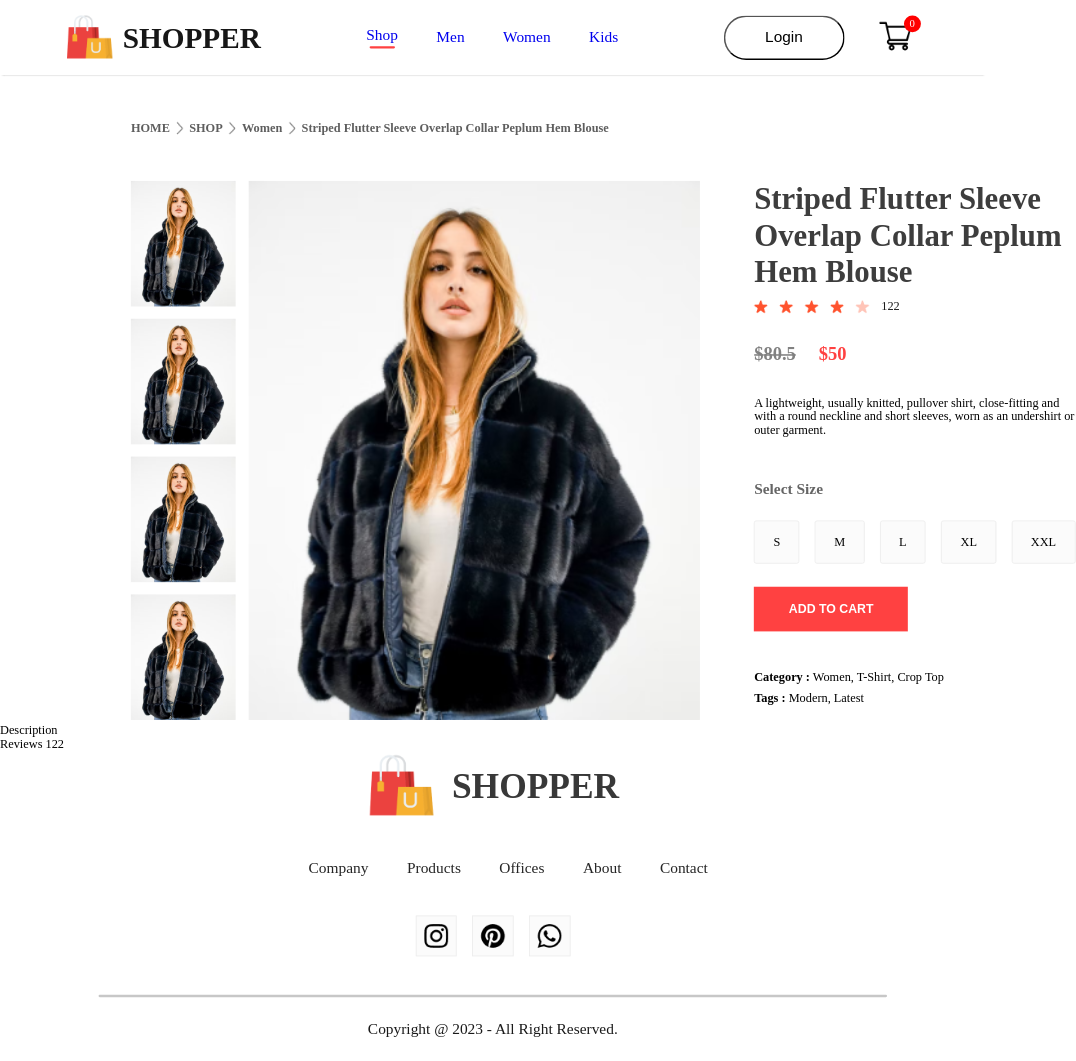
Repository: Nandhini653/SHOPPER-ECOM
Page: /product/1
These files come from the project's save history. The page is drawn as it stood at one moment and after the next save; the edit follows.
The browser window is 1280 px wide. The page is 1397 px wide, so the pictures cover 1397 px, including what lies to the right of the window. The pictures show the whole page, at 77% of full size.
The project was rebuilt for these pictures with package versions that can differ from the ones it lists, and the page was loaded fresh each time. Also part of the build but not shown: src/App.css, src/Pages/CSS/ShopCategory.css, src/Components/Item/Item.css, src/Components/Item/Item.jsx, src/Pages/ShopCategory.jsx, src/Pages/Cart.jsx, src/Pages/CSS/LoginSignup.css, src/Pages/LoginSignup.jsx and 14 more.

Above is the page before, as saved 2024-06-24 17:38:07.

### src/index.css
* {
  margin: 0;
}

body {
  margin: 0;
  font-family: -apple-system, BlinkMacSystemFont, 'Segoe UI', 'Roboto', 'Oxygen',
    'Ubuntu', 'Cantarell', 'Fira Sans', 'Droid Sans', 'Helvetica Neue',
    sans-serif;
  -webkit-font-smoothing: antialiased;
  -moz-osx-font-smoothing: grayscale;
  font-family: 'poppins';
}

code {
  font-family: source-code-pro, Menlo, Monaco, Consolas, 'Courier New',
    monospace;
}

### src/App.js

import './App.css';
import Navbar from './Components/Navbar/Navbar';
import ShopCategory from './Pages/ShopCategory';
import Cart from './Pages/Cart';
import LoginSignup from './Pages/LoginSignup';
import Product from './Pages/Product';
import Shop from './Pages/Shop';
import Footer from './Components/Footer/Footer';
import men_banner from './Components/Assests/banner_mens.png'
import women_banner from './Components/Assests/banner_women.png'
import kid_banner from './Components/Assests/banner_kids.png'

import { BrowserRouter,Routes,Route } from 'react-router-dom';

function App() {
  return (
    <div>
      <BrowserRouter>
      <Navbar/>
      <Routes>
        <Route path = '/' element={<Shop/>}/>
        <Route path = '/mens' element={<ShopCategory  banner={men_banner}category="men"/>}/>
        <Route path = '/womens' element={<ShopCategory banner={women_banner} category="women"/>}/>
        <Route path = '/kids' element={<ShopCategory  banner= {kid_banner} category="kids"/>}/>
        <Route path= '/product' element={<Product/>}/>
        <Route path='/product/:productId' element={<Product />} />
        <Route path='/cart' element={<Cart/>}/>
        <Route path='/login' element={<LoginSignup/>}/>
      </Routes>
      <Footer/>
      </BrowserRouter>

    </div>
  );
}

export default App;

### src/Context/ShopContext.jsx
 import React , { createContext, useContext } from "react";
 import all_product from '../Components/Assests/all_product';

export const ShopContext = createContext(null);

const ShopContextProvider = (props) => {

    const contextValue = {all_product};

    return (
        <ShopContext.Provider value ={contextValue}>
            {props.children}
        </ShopContext.Provider>
    )
}
export default ShopContextProvider;

### src/Components/Navbar/Navbar.jsx
import React, { useState } from 'react'
import './Navbar.css'
import logo from '../Assests/logo.png'
import cart_icon from '../Assests/cart_icon.png'
import { Link } from 'react-router-dom'


const Navbar = () => {

    const [menu, setMenu] = useState("shop")
  return (
    <div className='navbar'>
        <div className="nav-logo">
            <img src={logo} alt="logo" />
            <p>SHOPPER</p>
        </div>
      <div className="nav-menu">
        <li onClick={()=> {setMenu("shop")}}> <Link  style ={{textDecoration: 'none '}} to='/'>Shop</Link> {menu === "shop"? <hr/> :<></>}</li>
        <li onClick={()=> {setMenu("mens")}}><Link style ={{textDecoration: 'none '}} to='/mens'>Men</Link>  {menu === "mens"? <hr/> :<></>}</li>
        <li onClick={()=> {setMenu("womens")}}><Link style ={{textDecoration: 'none '}} to='/womens'>Women </Link> {menu === "womens"? <hr/> :<></>}</li>
        <li onClick={()=> {setMenu("kids")}}><Link style ={{textDecoration: 'none '}} to='/kids'>Kids</Link>  {menu === "kids"? <hr/> :<></>}</li>
      </div>
      <div className="nav-login-cart">
        <Link to='/login'><button>Login</button></Link>
        <Link to='/cart'><img src= {cart_icon} alt='cart-icon'/></Link>
        <div className="nav-cart-count">0</div>
      </div>
    </div>
  )
}

export default Navbar

### src/Pages/Product.jsx
import React, { useContext } from 'react'
import { useParams } from 'react-router-dom';
import {ShopContext} from '../Context/ShopContext'
import Breadcrums from '../Components/Breadcrums/Breadcrums';
import ProductDisplay from '../Components/ProductDisplay/ProductDisplay';
import DescriptionBox from '../Components/DescriptionBox/DescriptionBox';

const Product = () => {
  const {all_product} = useContext(ShopContext);
  const {productId} = useParams();
  const product =all_product.find((e)=> e.id === Number(productId));
  return (
    <div>
      <Breadcrums product={product}/>
      <ProductDisplay product={product}/>
      <DescriptionBox />
    </div>
  )
}

export default Product

### src/Components/Footer/Footer.jsx
import React from 'react'
import './Footer.css'
import footer_logo from '../Assests/logo_big.png'
import instagram_icon from '../Assests/instagram_icon.png'
import pintester_icon from '../Assests/pintester_icon.png'
import whatsapp_icon from '../Assests/whatsapp_icon.png'

const Footer = () => {
    return (
        <div className='footer'>
            <div className="footer-logo">
                <img src={footer_logo} alt='' />
                <p>SHOPPER</p>
            </div>
            <ul className='footer-links'>
                <li>Company</li>
                <li>Products</li>
                <li>Offices</li>
                <li>About</li>
                <li>Contact</li>
            </ul>
            <div className="footer-social-icon">
                <div className="footer-icons-container">
                    <img src={instagram_icon} alt="" />
                </div>
                <div className="footer-icons-container">
                    <img src={pintester_icon} alt="" />
                </div>
                <div className="footer-icons-container">
                    <img src={whatsapp_icon} alt="" />
                </div>
            </div>
             <div className="footer-copyright">
                <hr/>
                <p> Copyright @ 2023 - All Right Reserved.</p>
             </div>
        </div>
    )
}

export default Footer

### src/Components/Assests/all_product.js
import p1_img from "./product_1.png";
import p2_img from "./product_2.png";
import p3_img from "./product_3.png";
import p4_img from "./product_4.png";
import p5_img from "./product_5.png";
import p6_img from "./product_6.png";
import p7_img from "./product_7.png";
import p8_img from "./product_8.png";
import p9_img from "./product_9.png";
import p10_img from "./product_10.png";
import p11_img from "./product_11.png";
import p12_img from "./product_12.png";
import p13_img from "./product_13.png";
import p14_img from "./product_14.png";
import p15_img from "./product_15.png";
import p16_img from "./product_16.png";
import p17_img from "./product_17.png";
import p18_img from "./product_18.png";
import p19_img from "./product_19.png";
import p20_img from "./product_20.png";
import p21_img from "./product_21.png";
import p22_img from "./product_22.png";
import p23_img from "./product_23.png";
import p24_img from "./product_24.png";
import p25_img from "./product_25.png";
import p26_img from "./product_26.png";
import p27_img from "./product_27.png";
import p28_img from "./product_28.png";
import p29_img from "./product_29.png";
import p30_img from "./product_30.png";
import p31_img from "./product_31.png";
import p32_img from "./product_32.png";
import p33_img from "./product_33.png";
import p34_img from "./product_34.png";
import p35_img from "./product_35.png";
import p36_img from "./product_36.png";

let all_product = [
  {
    id: 1,
    name: "Striped Flutter Sleeve Overlap Collar Peplum Hem Blouse",
    category: "women",
    image: p1_img,
    new_price: 50.0,
    old_price: 80.5,
  },
  {
    id: 2,
    name: "Striped Flutter Sleeve Overlap Collar Peplum Hem Blouse",
    category: "women",
    image: p2_img,
    new_price: 85.0,
    old_price: 120.5,
  },
  {
    id: 3,
    name: "Striped Flutter Sleeve Overlap Collar Peplum Hem Blouse",
    category: "women",
    image: p3_img,
    new_price: 60.0,
    old_price: 100.5,
  },
  {
    id: 4,
    name: "Striped Flutter Sleeve Overlap Collar Peplum Hem Blouse",
    category: "women",
    image: p4_img,
    new_price: 100.0,
    old_price: 150.0,
  },
  {
    id: 5,
    name: "Striped Flutter Sleeve Overlap Collar Peplum Hem Blouse",
    category: "women",
    image: p5_img,
    new_price: 85.0,
    old_price: 120.5,
  },
  {
    id: 6,
    name: "Striped Flutter Sleeve Overlap Collar Peplum Hem Blouse",
    category: "women",
    image: p6_img,
    new_price: 85.0,
    old_price: 120.5,
  },
  {
    id: 7,
    name: "Striped Flutter Sleeve Overlap Collar Peplum Hem Blouse",
    category: "women",
    image: p7_img,
    new_price: 85.0,
    old_price: 120.5,
  },
  {
    id: 8,
    name: "Striped Flutter Sleeve Overlap Collar Peplum Hem Blouse",
    category: "women",
    image: p8_img,
    new_price: 85.0,
    old_price: 120.5,
  },
  {
    id: 9,
    name: "Striped Flutter Sleeve Overlap Collar Peplum Hem Blouse",
    category: "women",
    image: p9_img,
    new_price: 85.0,
    old_price: 120.5,
  },
  {
    id: 10,
    name: "Striped Flutter Sleeve Overlap Collar Peplum Hem Blouse",
    category: "women",
    image: p10_img,
    new_price: 85.0,
    old_price: 120.5,
  },
  {
    id: 11,
    name: "Striped Flutter Sleeve Overlap Collar Peplum Hem Blouse",
    category: "women",
    image: p11_img,
    new_price: 85.0,
    old_price: 120.5,
  },
  {
    id: 12,
    name: "Striped Flutter Sleeve Overlap Collar Peplum Hem Blouse",
    category: "women",
    image: p12_img,
    new_price: 85.0,
    old_price: 120.5,
  },
  {
    id: 13,
    name: "Men Green Solid Zippered Full-Zip Slim Fit Bomber Jacket",
    category: "men",
    image: p13_img,
    new_price: 85.0,
    old_price: 120.5,
  },
  {
    id: 14,
    name: "Men Green Solid Zippered Full-Zip Slim Fit Bomber Jacket",
    category: "men",
    image: p14_img,
    new_price: 85.0,
    old_price: 120.5,
  },
  {
    id: 15,
    name: "Men Green Solid Zippered Full-Zip Slim Fit Bomber Jacket",
    category: "men",
    image: p15_img,
    new_price: 85.0,
    old_price: 120.5,
  },
  {
    id: 16,
    name: "Men Green Solid Zippered Full-Zip Slim Fit Bomber Jacket",
    category: "men",
    image: p16_img,
    new_price: 85.0,
    old_price: 120.5,
  },
  {
    id: 17,
    name: "Men Green Solid Zippered Full-Zip Slim Fit Bomber Jacket",
    category: "men",
    image: p17_img,
    new_price: 85.0,
    old_price: 120.5,
  },
  {
    id: 18,
    name: "Men Green Solid Zippered Full-Zip Slim Fit Bomber Jacket",
    category: "men",
    image: p18_img,
    new_price: 85.0,
    old_price: 120.5,
  },
  {
    id: 19,
    name: "Men Green Solid Zippered Full-Zip Slim Fit Bomber Jacket",
    category: "men",
    image: p19_img,
    new_price: 85.0,
    old_price: 120.5,
  },
  {
    id: 20,
    name: "Men Green Solid Zippered Full-Zip Slim Fit Bomber Jacket",
    category: "men",
    image: p20_img,
    new_price: 85.0,
    old_price: 120.5,
  },
  {
    id: 21,
    name: "Men Green Solid Zippered Full-Zip Slim Fit Bomber Jacket",
    category: "men",
    image: p21_img,
    new_price: 85.0,
    old_price: 120.5,
  },
  {
    id: 22,
    name: "Men Green Solid Zippered Full-Zip Slim Fit Bomber Jacket",
    category: "men",
    image: p22_img,
    new_price: 85.0,
    old_price: 120.5,
  },
  {
    id: 23,
    name: "Men Green Solid Zippered Full-Zip Slim Fit Bomber Jacket",
    category: "men",
    image: p23_img,
    new_price: 85.0,
    old_price: 120.5,
  },
  {
    id: 24,
    name: "Men Green Solid Zippered Full-Zip Slim Fit Bomber Jacket",
    category: "men",
    image: p24_img,
    new_price: 85.0,
    old_price: 120.5,
  },
  {
    id: 25,
    name: "Boys Orange Colourblocked Hooded Sweatshirt",
    category: "kid",
    image: p25_img,
    new_price: 85.0,
    old_price: 120.5,
  },
  {
    id: 26,
    name: "Boys Orange Colourblocked Hooded Sweatshirt",
    category: "kid",
    image: p26_img,
    new_price: 85.0,
    old_price: 120.5,
  },
  {
    id: 27,
    name: "Boys Orange Colourblocked Hooded Sweatshirt",
    category: "kid",
    image: p27_img,
    new_price: 85.0,
    old_price: 120.5,
  },
  {
    id: 28,
    name: "Boys Orange Colourblocked Hooded Sweatshirt",
    category: "kid",
    image: p28_img,
    new_price: 85.0,
    old_price: 120.5,
  },
  {
    id: 29,
    name: "Boys Orange Colourblocked Hooded Sweatshirt",
    category: "kid",
    image: p29_img,
    new_price: 85.0,
    old_price: 120.5,
  },
  {
    id: 30,
    name: "Boys Orange Colourblocked Hooded Sweatshirt",
    category: "kid",
    image: p30_img,
    new_price: 85.0,
    old_price: 120.5,
  },
  {
    id: 31,
    name: "Boys Orange Colourblocked Hooded Sweatshirt",
    category: "kid",
    image: p31_img,
    new_price: 85.0,
    old_price: 120.5,
  },
  {
    id: 32,
    name: "Boys Orange Colourblocked Hooded Sweatshirt",
    category: "kid",
    image: p32_img,
    new_price: 85.0,
    old_price: 120.5,
  },
  {
    id: 33,
    name: "Boys Orange Colourblocked Hooded Sweatshirt",
    category: "kid",
    image: p33_img,
    new_price: 85.0,
    old_price: 120.5,
  },
  {
    id: 34,
    name: "Boys Orange Colourblocked Hooded Sweatshirt",
    category: "kid",
    image: p34_img,
    new_price: 85.0,
    old_price: 120.5,
  },
  {
    id: 35,
    name: "Boys Orange Colourblocked Hooded Sweatshirt",
    category: "kid",
    image: p35_img,
    new_price: 85.0,
    old_price: 120.5,
  },
  {
    id: 36,
    name: "Boys Orange Colourblocked Hooded Sweatshirt",
    category: "kid",
    image: p36_img,
    new_price: 85.0,
    old_price: 120.5,
  },
];

export default all_product;

### src/Components/Navbar/Navbar.css
  .navbar {
    display: flex;
    justify-content: space-around;
    padding: 16px;
    box-shadow: 0 1px 3px -2px black;
  }

  .nav-logo {
    display: flex;
    align-items: center;
    gap: 10px;
  }

  .nav-logo p{
    color: #171717;
    font-size: 38px;
    font-weight: 600;
  }
  .nav-menu {
    display: flex;
    align-items: center;
    list-style: none;
    gap: 50px;
    color: #626262;
    font-size: 20px;
    font-weight: 500;
  }

  .nav-menu li {
    display: flex;
    flex-direction: column;
    align-items: center;
    justify-content: center;
    gap: 3px;
    cursor: pointer;
  }

  .nav-menu hr {
    border: none;
    width: 80%;
    height: 3px;
    border-radius: 10px;
    background: #FF4141;
  }

.nav-login-cart {
    display: flex;
    align-items: center;
    gap: 45px;
}

.nav-login-cart button {
    width: 157px;
    height: 58px;
    outline: none;
    border: 1 px solid #7a7a7a;
    border-radius: 75px;
    font-size: 20px;
    font-weight: 500;
    background: white;
    cursor: pointer;
}

.nav-login-cart button:active {
    background: #f3f3f3;
}

.nav-cart-count {
    width: 22px;
    height: 22px;
    display: flex;
    justify-content: center;
    align-items: center;
    margin-top: -35px;
    margin-left: -55px;
    border-radius: 11px;
    font-size: 14px;
    background: red;
    color: white;

}

### src/Components/Breadcrums/Breadcrums.jsx
import React from 'react'
import './Breadcrums.css'
import arrow_icon from '../Assests/breadcrum_arrow.png'

const Breadcrums = (props) => {
    const {product} = props;
  return (
    <div className='breadcrum'>
      HOME <img src={arrow_icon} alt=''/> SHOP <img src={arrow_icon} alt=''/> {product.category} <img src={arrow_icon} alt=''/>
      {product.name}


    </div>
  )
}

export default Breadcrums

### src/Components/ProductDisplay/ProductDisplay.jsx
import React from 'react'
import './ProductDisplay.css'
import star_icon from '../Assests/star_icon.png'
import star_dull_icon from '../Assests/star_dull_icon.png'


const ProductDisplay = (props) => {
  const { product } = props;
  return (
    <div className='productdisplay'>
      <div className="productdisplay-left">
        <div className="productdisplay-img-list">
          <img src={product.image} alt="" />
          <img src={product.image} alt="" />
          <img src={product.image} alt="" />
          <img src={product.image} alt="" />
        </div>

        <div className="productdisplay-img">
          <img className='productdisplay-main-img' src={product.image} alt='' />
        </div>

      </div>

      <div className="productdisplay-right">
        <h1> {product.name}</h1>
        <div className="productdisplay-right-stars">
          <img src={star_icon} alt="" />
          <img src={star_icon} alt="" />
          <img src={star_icon} alt="" />
          <img src={star_icon} alt="" />
          <img src={star_dull_icon} alt="" />
          <p> {122}</p>
        </div>

        <div className="productdisplay-right-prices">
          <div className="productdisplay-right-price-old">
            ${product.old_price} </div>
          <div className="productdisplay-right-price-new">
            ${product.new_price}</div>
        </div>
        <div className="productdisplay-right-description">
         <p> A lightweight, usually knitted, pullover shirt, close-fitting and with a round neckline and short sleeves, worn as an undershirt or outer garment.</p>
        </div>
        <div className="productdisplay-right-size">
          <h1> Select Size</h1>
          <div className="productdisplay-right-sizes">
             <div>S</div>
             <div>M</div>
             <div>L</div>
             <div>XL</div>
             <div>XXL</div>
          </div>
        </div>
        <button>ADD TO CART </button>
        <p className='productdisplay-right-category'><span> Category :</span> Women, T-Shirt, Crop Top  </p>
        <p className='productdisplay-right-category'><span> Tags :</span> Modern, Latest </p>

      </div>
    </div>
  )
}

export default ProductDisplay

### src/Components/DescriptionBox/DescriptionBox.jsx
import React from 'react'
import './DescriptionBox.css'

const DescriptionBox = () => {
    return (
        <div className='descriptionbox'>
            <div className="descriptionbox-navigator">
                <div className="descriptionbox-nav-box">Description</div>
                <div className="descriptionbox-nav-box fade">Reviews {122}</div>
            </div>
            <div className="description-description">
                <p></p>
                <p></p>
            </div>
        </div>
    )
}

export default DescriptionBox

### src/Components/Footer/Footer.css
.footer {
    display: flex;
    flex-direction: column;
    justify-content: center;
    align-items: center;
    gap: 50px;
}

.footer-logo {
    display: flex;
    align-items: center;
    gap: 20px;
}

.footer-logo p {
    color: #383838;
    font-size: 46px;
    font-weight: 700;
}

.footer-links {
    display: flex;
    list-style: none;
    gap: 50px;
    color: #252525;
    font-size: 20px;
}

.footer-links li {
    cursor: pointer;
}

.footer-social-icon {
    display: flex;
    gap: 20px;
}

.footer-icons-container {
    padding: 10px;
    padding-bottom: 6px;
    background: #fbfbfb;
    border: 1px solid #ebebeb;
}

.footer-copyright {
    display: flex;
    flex-direction: column;
    align-items: center;
    gap: 30px;
    width: 100%;
    margin-bottom: 30px;
    color:#1a1a1a;
    font-size: 20px;
}

.footer-copyright hr {
     width: 80%;
     border: none;
     border-radius: 10px;
     height: 3px;
     background:#c7c7c7 ;
}

### src/Components/ProductDisplay/ProductDisplay.css
.productdisplay {
    display:flex ;
    margin: 0px 170px;
}

.productdisplay-left {
    display: flex;
    gap: 17px;
}

.productdisplay-img-list {
    display: flex;
    flex-direction: column;
    gap: 16px;
}

.productdisplay-img-list img {
    height: 163px;
}

.productdisplay-main-img {
    width: 586px;
    height: 700px;
}

.productdisplay-right {
    margin: 0px 70px;
    display: flex;
    flex-direction: column;
}

.productdisplay-right h1 {
    color: #3d3d3d;
    font-size: 40px;
    font-weight: 700;
}

.productdisplay-right-stars {
    display: flex;
    align-items: center;
    margin-top: 13px;
    gap: 15px;
    color: #1c1c1c;
    font-size: 16px;
}

.productdisplay-right-prices {
    display: flex;
    margin: 40px 0px;
    gap: 30px;
    font-size: 24px;
    font-weight: 700;
}

.productdisplay-right-price-old {
    color: #818181;
    text-decoration: line-through;
}

.productdisplay-right-price-new {
    color: #ff4141;
}

.productdisplay-right-size h1 {
    margin-top: 55px;
    color: #656565;
    font-size: 20px;
    font-weight: 600;
}

.productdisplay-right-sizes {
   display: flex;
   margin: 30px 0px;
   gap: 20px;
}

.productdisplay-right-sizes div {
    padding: 18px 24px;
    background: #fbfbfb;
    border: 1px solid #ebebeb;
    border-radius: 3px;
    cursor: pointer;
}

.productdisplay-right button {
    padding: 20px 40px;
    width: 200px;
    font-size: 16px;
    font-weight: 600;
    color: white;
    background: #ff4141;
    margin-bottom: 40px;
    border: none;
    outline: none;
    cursor: pointer;
}

.productdisplay-right-category {
    margin-top: 10px;
}

.productdisplay-right-category span {
    font-weight: 600;
}

Loaded but not shown: src/index.js (common file); src/reportWebVitals.js (common file); src/Components/Breadcrums/Breadcrums.css (common file)

After the next save:
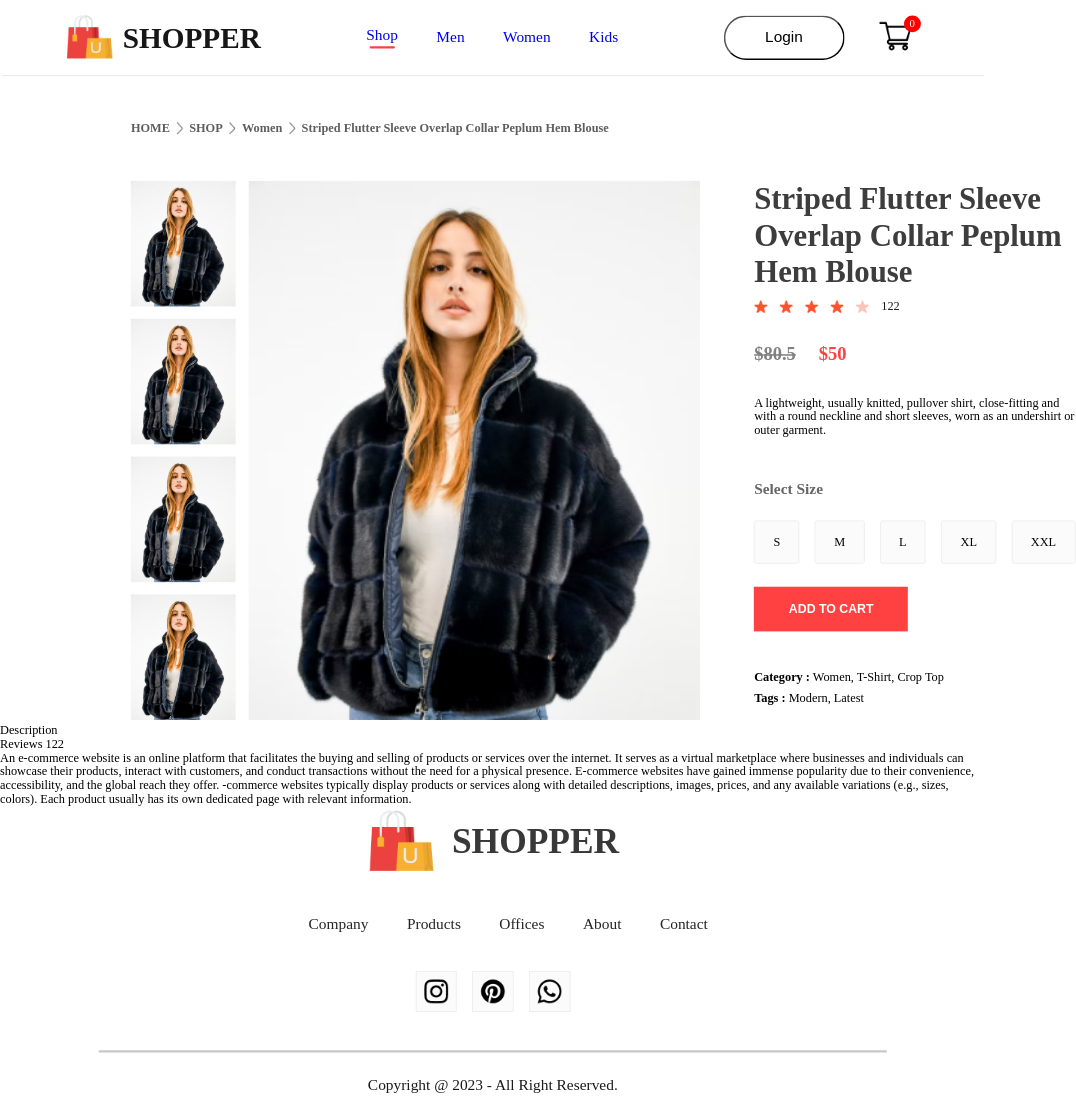
Saved 2 min 10 s later.
--- a/src/Components/DescriptionBox/DescriptionBox.jsx
+++ b/src/Components/DescriptionBox/DescriptionBox.jsx
@@ -9,7 +9,9 @@ const DescriptionBox = () => {
                 <div className="descriptionbox-nav-box fade">Reviews {122}</div>
             </div>
             <div className="description-description">
-                <p></p>
+                <p>An e-commerce website is an online platform that facilitates the buying and selling of products or services over the internet. It serves as a virtual marketplace where businesses and individuals can showcase their products, interact with
+customers, and conduct transactions without the need for a physical presence. E-commerce websites have gained immense popularity due to their convenience, accessibility, and the global reach they offer.
+-commerce websites typically display products or services along with detailed descriptions, images, prices, and any available variations (e.g., sizes, colors). Each product usually has its own dedicated page with relevant information.</p>
                 <p></p>
             </div>
         </div>
